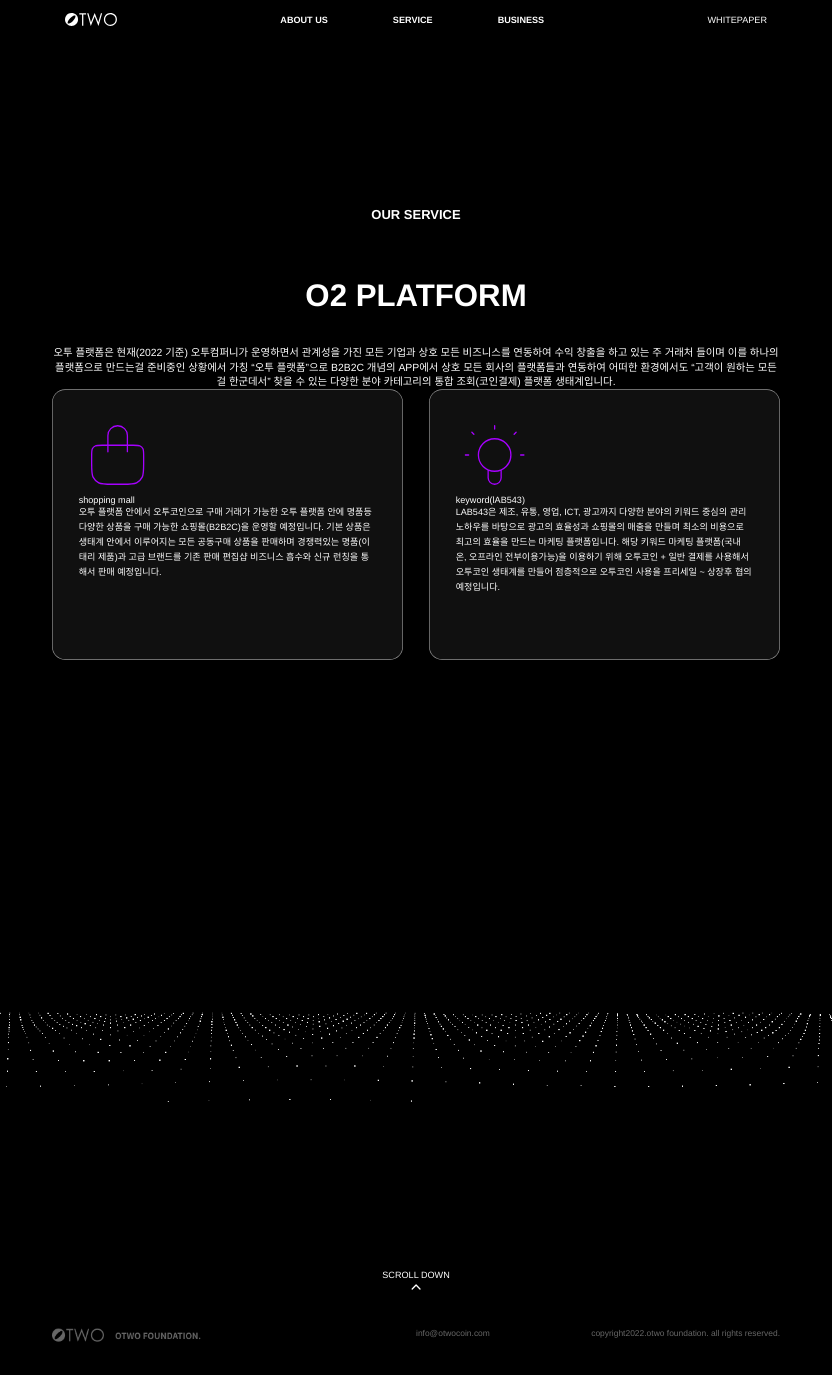
Repository: songhun115/Otwo
Page: service.html
These files come from the project's save history. The page is drawn as it stood at one moment and after the next save; the edit follows.
The browser window is 1280 px wide. The pictures show the whole page, at 65% of full size.

Above is the page before, as saved 2022-11-18 11:36:52.
Not found: js/three.js

### service.html
<!DOCTYPE html>
<html lang="en">

<head>
    <meta charset="UTF-8">
    <meta http-equiv="X-UA-Compatible" content="IE=edge">
    <meta name="viewport" content="width=device-width, initial-scale=1.0">
    <link rel="stylesheet" href="css/reset.css">
    <link rel="stylesheet" href="css/content.css">
    <link rel="preconnect" href="https://fonts.googleapis.com">
    <link rel="preconnect" href="https://fonts.gstatic.com" crossorigin>
    <link href="https://fonts.googleapis.com/css2?family=Noto+Sans+KR:wght@300;400;500;700;900&display=swap"
        rel="stylesheet">
    <link rel="stylesheet" href="https://cdn.jsdelivr.net/npm/swiper/swiper-bundle.min.css" />
    <script src="https://cdnjs.cloudflare.com/ajax/libs/jquery/3.6.1/jquery.min.js"
        integrity="sha512-aVKKRRi/Q/YV+4mjoKBsE4x3H+BkegoM/em46NNlCqNTmUYADjBbeNefNxYV7giUp0VxICtqdrbqU7iVaeZNXA=="
        crossorigin="anonymous" referrerpolicy="no-referrer"></script>
    <script src="js/index.js"></script>
    <script src="js/three.js"></script>
    <script src="js/three.min.js"></script>
    <title>about</title>
</head>

<body>
    <div class="contaeiner">
        <header class="header">
            <nav class="nav-bar">
                <div class="logo">
                    <img src="img/logo-white.svg" alt="">
                </div>
                <ul class="nav-list">
                    <li class="nav-item">ABOUT US</li>
                    <li class="nav-item">SERVICE</li>
                    <li class="nav-item">BUSINESS</li>
                </ul>
                <div class="white-paper">
                    WHITEPAPER
                </div>
            </nav>
        </header>
        <section class="section overview">
            <h3>OUR SERVICE</h3>
            <h1>O2 PLATFORM</h1>
            <p>오투 플랫폼은 현재(2022 기준) 오투컴퍼니가 운영하면서 관계성을 가진 모든 기업과 상호 모든 비즈니스를 연동하여 수익 창출을 하고 있는
                주 거래처 들이며 이를 하나의 플랫폼으로 만드는걸 준비중인 상황에서 가칭 “오투 플랫폼”으로 B2B2C 개념의 APP에서 상호 모든 회사의 플랫폼들과 연동하여 어떠한 환경에서도 “고객이 원하는 모든걸 한군데서” 찾을 수 있는 다양한 분야 카테고리의 통합 조회(코인결제) 플랫폼 생태계입니다.</p>

        </section>
     <section class="service-platform-list">
        <ul class="platform-list">
            <li class="platform-item">
                <div class="platform-img">
                    <img src="img/shoping.svg" alt="">
                </div>
                <div class="platform-category">shopping mall</div>
                <div class="platform-con">오투 플랫폼 안에서 오투코인으로 구매 거래가 가능한 오투 플랫폼 안에 명품등 다양한 상품을 구매 가능한 쇼핑몰(B2B2C)을 운영할 예정입니다.
                    기본 상품은 생태계 안에서 이루어지는 모든 공동구매 상품을 판매하며 경쟁력있는 명품(이태리 제품)과 고급 브랜드를 기존 판매 편집샵 비즈니스 흡수와 신규 런칭을 통해서 판매 예정입니다. </div>
            </li>
            <li class="platform-item">
                <div class="platform-img">
                    <img src="img/keywrod.svg" alt="">
                </div>
                <div class="platform-category">keyword(lAB543)</div>
                <div class="platform-con">LAB543은 제조, 유통, 영업, ICT, 광고까지 다양한 분야의 키워드 중심의 관리 노하우를 바탕으로 광고의 효율성과 쇼핑몰의 매출을 만들며 최소의 비용으로 최고의 효율을 만드는 마케팅 플랫폼입니다.
                    해당 키워드 마케팅 플랫폼(국내 온, 오프라인 전부이용가능)을 이용하기 위해 오투코인 + 일반 결제를 사용해서 오투코인 생태계를 만들어 점층적으로 오투코인 사용을 프리세일 ~ 상장후 협의 예정입니다. </div>
            </li>
        </ul>
     </section>

    </div>


    <div class="contaeiner-two">


        </div>
        <div id="canvas">
            <div class="scroll-up ">
                <p>SCROLL DOWN</p>
                <img src="img/chevron-up.svg" alt="">
            </div>

        </div>
        <script>
            window.addEventListener("DOMContentLoaded", () => {
            const w = window.innerWidth;
            const h = window.innerHeight / 2;
            const dpr = window.devicePixelRatio;

            const fov = 60;
            const fovRad = (fov / 2) * (Math.PI / 180);
            const dist = h / 2 / Math.tan(fovRad);

            const clock = new THREE.Clock();
            const particles = 5000;
            const pointSize = 2.5;

            const renderer = new THREE.WebGLRenderer();
            renderer.setSize(w, h);
            renderer.setClearColor(new THREE.Color(0x000000), 1.0);
            renderer.setPixelRatio(dpr);

            const container = document.getElementById("canvas");
            container.appendChild(renderer.domElement);

            const camera = new THREE.PerspectiveCamera(fov, w / h, 1, dist * 2);
            camera.position.x = 0;
            camera.position.y = 0;
            camera.position.z = 10;

            const scene = new THREE.Scene();

            const geo = new THREE.BufferGeometry();
            let positions = [];
            let x, y, z;

            const width = 400 * (w / h);

            const depth = 400;
            const distance = 10;

            for (let x = 0; x < width; x += distance) {
              for (let z = 0; z < depth; z += distance) {
                positions.push(-width / 2 + x, -30, -depth / 2 + z);
              }
            }
            let positionAttribute = new THREE.Float32BufferAttribute(positions, 3);
            geo.addAttribute("position", positionAttribute);

            const mat = new THREE.ShaderMaterial({
              uniforms: {
                u_time: {
                  value: 0.0
                }
              },
              vertexShader: `
              #define M_PI 3.1415926535897932384626433832795

              precision mediump float;
              uniform float u_time;
              void main() {
                vec3 p = position;
                p.y += (
                  cos(p.x / M_PI * 8.0 + u_time * 2.0) +
                  sin(p.z / M_PI * 8.0 + u_time * 2.0)
                );
                gl_PointSize = 1.5;
                gl_Position = projectionMatrix * modelViewMatrix * vec4(p, 1.0);
              }
              `,
              fragmentShader: `
              precision mediump float;
              void main() {
                gl_FragColor = vec4(1.0, 1.0, 1.0, 1.0);
              }
              `
            });

            const mesh = new THREE.Points(geo, mat);
            scene.add(mesh);

            render();

            function render() {
              const time = clock.getElapsedTime();
              mesh.material.uniforms.u_time.value = time;
              renderer.render(scene, camera);
              requestAnimationFrame(render);
            }
          });
          </script>
          <footer class="footer">
            <div class="footer-left">
                <img src="img/footer-left.png" alt="">
            </div>
            <div class="footer-right">
                <p>info@otwocoin.com</p>
                <p>copyright2022.otwo foundation. all rights reserved.</p>
            </div>
        </footer>
</body>

</html>

### css/reset.css
html, body, div, span, applet, object, iframe,
h1, h2, h3, h4, h5, h6, p, blockquote, pre,
a, abbr, acronym, address, big, cite, code,
del, dfn, em, img, ins, kbd, q, s, samp,
small, strike, strong, sub, sup, tt, var,
b, u, i, center,
dl, dt, dd, ol, ul, li,
fieldset, form, label, legend,
table, caption, tbody, tfoot, thead, tr, th, td,
article, aside, canvas, details, embed,
figure, figcaption, footer, header, hgroup,
menu, nav, output, ruby, section, summary,
time, mark, audio, video {
	margin: 0;
	padding: 0;
	border: 0;
	font-size: 100%;
	font: inherit;
	vertical-align: baseline;

}
/* HTML5 display-role reset for older browsers */
article, aside, details, figcaption, figure,
footer, header, hgroup, menu, nav, section {
	display: block;
}
body {
	line-height: 1;
  overflow-x: hidden;
  overflow-y: scroll;
}
ol, ul {
	list-style: none;
}
blockquote, q {
	quotes: none;
}
blockquote:before, blockquote:after,
q:before, q:after {
	content: '';
	content: none;
}
table {
	border-collapse: collapse;
	border-spacing: 0;
}
a,span{display: inline-block;}
body{font-family: 'Noto Sans KR', sans-serif; color: #fff;}
section h1 {font-size: 48px; line-height: 70px; color:#fff; font-weight: 700;}
section p {line-height: 23px; font-weight: 400; font-size: 16px;}
h2{font-size: 32px; font-weight: 700; line-height: 46px;}


html,
body {
  position: relative;
  height: 100%;
}

body {
  background: #eee;
  font-family: Helvetica Neue, Helvetica, Arial, sans-serif;
  font-size: 14px;
  color: #000;
  margin: 0;
  padding: 0;
}

.swiper {
  width: 100%;
  height: 100%;
}

.swiper-slide {
  text-align: center;
  font-size: 18px;


  /* Center slide text vertically */
  display: -webkit-box;
  display: -ms-flexbox;
  display: -webkit-flex;
  display: flex;
  -webkit-box-pack: center;
  -ms-flex-pack: center;
  -webkit-justify-content: center;
  justify-content: center;
  -webkit-box-align: center;
  -ms-flex-align: center;
  -webkit-align-items: center;
  align-items: center;
}

.swiper-slide img {
  display: block;
  width: 100%;
  height: 100%;
  object-fit: cover;
}
.service-swiper{ overflow: inherit !important; max-width: 1120px !important;}

### css/content.css
.intro{height: 100vh;}
canvas{    position: absolute; left: 0; top: 0; z-index: -1;}
.contaeiner{max-width: 1120px; margin: 0 auto;}
.contaeiner-two{max-width: 1120px; margin: 0 auto;}
body{background-color: #000; color: #fff;}
/*! 헤더  */
.header{position: absolute; left: 50%; top: 0; transform: translateX(-50%); width: 100%; max-width: 1120px; margin: 0 auto;  z-index: 11;}
.nav-bar{display: flex; justify-content: space-between; align-items: center; padding: 20px;}
.nav-list{display: flex; align-items: center;}
.nav-item{padding:0 50px; font-weight: 700;font-size: 14px;line-height: 20px; cursor: pointer;}
/*!메인페이지   */
.intro{position: relative;}
.intro-box{display: flex; flex-direction: column; align-items: center; justify-content: center; text-align: center; width: 100%;height: 100%;}
.pur-button{border: 1px solid #A600FF;border-radius: 50px; display: flex;flex-direction: row;justify-content: center;align-items: center;gap: 10px; transition: 0.3s; width: 216px;height: 45px; cursor: pointer;}
.pur-button:hover{background-color: #A600FF; }
.pur-button:hover > button{color:#D9D9D9;}
.intro-box > p{padding: 40px 0 80px 0;}
.pur-button button{border: none;outline: none; color:#A600FF; background-color: transparent; font-weight: 700; font-size: 17px; line-height: 25px;}
.scroll-down{position: absolute; bottom: 50px; left: 50%; transform: translateX(-50%);}
.scroll-down > p {font-weight: 300; padding-bottom:7px; color: #fff; color: pu;}


/*! 메인 service */
.service{padding-top: 320px;}
.service-content{display: flex; justify-content: space-between; align-items: center;}
.service-left.service-right{width: 50%;}
.service-left > p,.business-box-left p{padding-top: 40px; font-size: 16px;}
.service-category-box{display: flex; flex-direction: column; justify-content: start; align-items: flex-start; text-align: left; padding-right: 40px; box-sizing: border-box;}
.service-category-box > h4 {font-size: 20px; line-height: 29px; font-weight: 400; margin:40px 0 20px 0;}
.service-category-box > p {font-size: 16px;}

.service-swiper{padding:120px 0 100px 0!important; box-sizing: border-box !important;}
.swiper-button-prev,
.swiper-button-next{top: 90% !important;  }
.swiper-button-prev{left:0 !important;}
.swiper-button-next{left: 64px !important;}
.swiper-button-next:after, .swiper-button-prev:after{content: "" !important;font-family: none !important;width: 20px !important;height: 20px !important;}
.swiper-button-next:after{background-image: url("../img/chevron-right.svg") !important;}
.swiper-button-prev:after{background-image: url("../img/chevron-left.svg") !important;}


  /*!메인 Business */
  .business{padding-top: 370px;}
  .business-box{display: flex; justify-content: space-between; align-items: center;}
  .business-box-left .pur-button{margin-top: 80px;}
  .business-box-left{width: 58%;}
  business-box-right{width: 42%;}
  .scroll-up{position: absolute;bottom: 0;left: 50%;transform: translateX(-50%);text-align: center;}
  #canvas{position: relative; height: 100%; max-height: 659px;}
  /* #canvas canvas{ height: 1000px !important;} */
  /* #canvas canvas{height: 1000px;} */
  /*! 푸터   */
  .footer{max-width: 1120px; margin: 0 auto; display: flex; justify-content: space-between; padding: 50px 0;}
  footer-left,
  .footer-right{width: 50%;}
  .footer-right{display: flex; justify-content: space-between; opacity: 0.4; font-size: 13px; line-height: 13px;}



  /*! 어바웃 */
  .canvas-one-wrap{position: relative; max-height: 659px; height: 100%;}
  .canvas-one{ top: 50%;left: 50%; transform: translate(-50%, -50%); margin-top: 100px; background-image: url(../img/logo-purple.png);background-repeat: no-repeat;background-position: center}
  .contaeiner-two{padding-top: 320px;}
  .overview{padding-top: 320px; text-align: center; }
  .overview > h3{font-weight: 700; font-size: 20px;}
  .our-values{text-align: center;}
  .our-values > h1{margin:80px 0 40px 0;}
  .overview > h1{margin:80px 0 40px 0}
  .our-values-list{display: flex; justify-content: space-between; padding-top: 120px;}
  .our-values-item{text-align: left;}
  .our-values-category {margin:20px 0 32px 0; font-size: 24px; font-weight: 600;}

  .advisor{padding-top: 480px;}
  .advisor > h2{margin: 80px 0 120px 0;}
  .member-info {padding:40px 40px 60px 40px; box-sizing: border-box;}
  .advisor-member-list{    display: grid;grid-template-columns: repeat(3,1fr);gap: 40px}
  .advisor-member-item{background: #252525; border-radius: 20px; }
  .member-name{font-size: 20px; font-weight: 700;}
  .member-info > div{display: flex; align-items: center; justify-content: space-between; margin-top: 5px;}
  .member-photo img{ width: 100%;}
  .more-button{    max-width: 216px;margin: 120px auto;}
  .advisor-member-item-more{display: none;}
  .advisor-member-item-more.show{display: block;}

  /*!서비스  */
  .platform-list{ display: grid;grid-template-columns: repeat(2,1fr);gap: 40px}
  .platform-item{ background: #101010; border: 0.5px solid rgba(235, 235, 235, 0.6); border-radius: 20px; padding:40px 40px 100px 40px}
  .platform-con{line-height: 23px;}

### js/index.js
$(document).ready(function () {
    $('.more-button').click(function () {
        $('.advisor-member-item-more').addClass('show');
    });
});

### img/shoping.svg
<svg width="120" height="120" viewBox="0 0 120 120" fill="none" xmlns="http://www.w3.org/2000/svg">
<path d="M45 55V30C45 21.7157 51.7157 15 60 15C68.2843 15 75 21.7157 75 30V54.8363M52 105H68C79.2011 105 84.8016 105 89.0798 102.82C92.8431 100.903 95.9027 97.8431 97.8201 94.0798C100 89.8016 100 84.2011 100 73V61C100 55.3995 100 52.5992 98.9101 50.4601C97.9513 48.5785 96.4215 47.0487 94.5399 46.0899C92.4008 45 89.6005 45 84 45H36C30.3995 45 27.5992 45 25.4601 46.0899C23.5785 47.0487 22.0487 48.5785 21.0899 50.4601C20 52.5992 20 55.3995 20 61V73C20 84.201 20 89.8016 22.1799 94.0798C24.0973 97.8431 27.1569 100.903 30.9202 102.82C35.1984 105 40.7989 105 52 105Z" stroke="#A600FF" stroke-width="2" stroke-linecap="round" stroke-linejoin="round"/>
</svg>

Loaded but not shown: js/three.min.js (library)

After the next save:
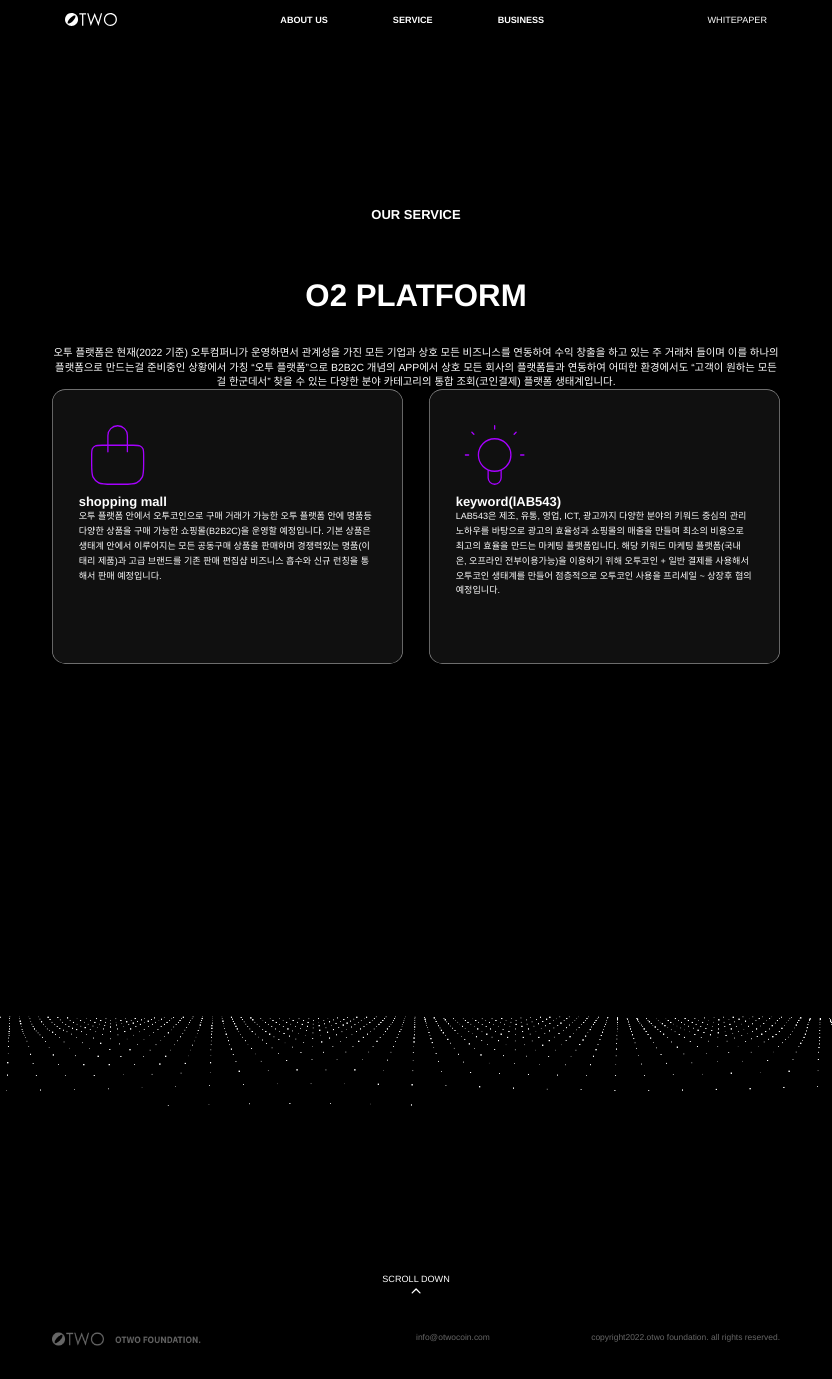
Saved 14 s later.
--- a/css/content.css
+++ b/css/content.css
@@ -86,3 +86,4 @@
   .platform-list{ display: grid;grid-template-columns: repeat(2,1fr);gap: 40px}
   .platform-item{ background: #101010; border: 0.5px solid rgba(235, 235, 235, 0.6); border-radius: 20px; padding:40px 40px 100px 40px}
   .platform-con{line-height: 23px;}
+  .platform-category{font-size: 20px; font-weight: 700; }
